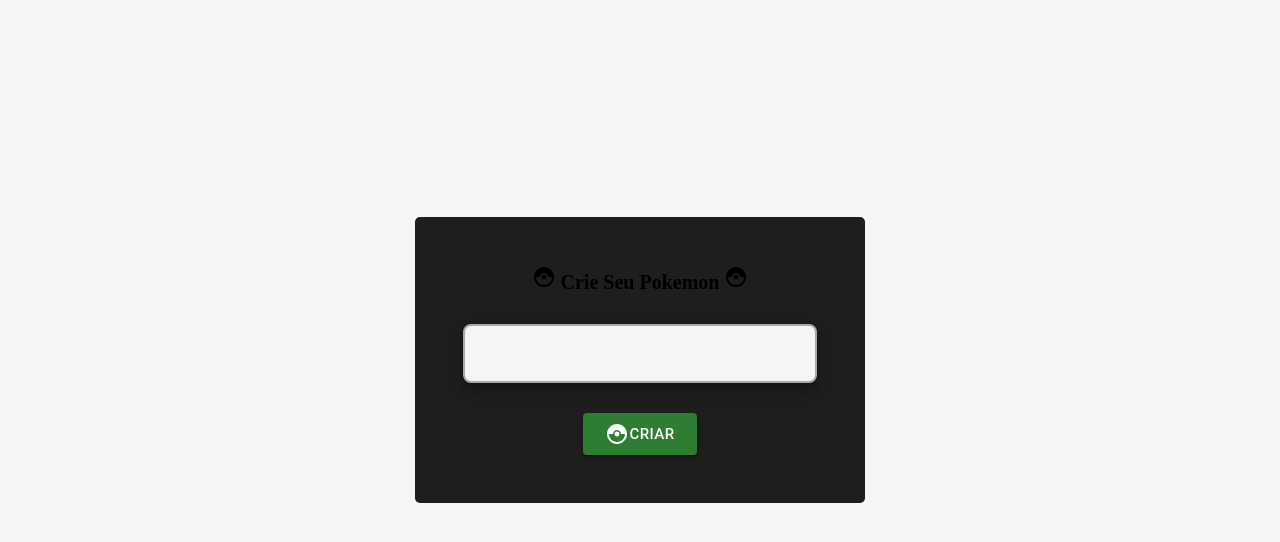
Repository: MilenaMartini/pokedex_react_js
Page: /pokedex/new
An editor plug-in stored every save of this project. The page is shown before and after the next save, followed by the edit.
The browser window is 1280 px wide. The pictures show the whole page.
The page's requests for data from a server got no answer. The project was rebuilt for these pictures with package versions that can differ from the ones it lists, and the page was loaded fresh each time. No one was signed in, and anything a server would have sent is missing. Also part of the build but not shown: src/pages/Login/Styles_Login.js, src/Components/Navbar/Navbar.jsx, src/Components/PokemonCard/Pk_Card.jsx, src/Components/Skeletons/Skeletons.jsx, src/pages/Pg_Pokedex/Pg_Poke.js, src/styles/styles.css, src/Components/Button/Styles_Btn_Login.js, src/Components/Button/Btn_Login.js and 1 more.

Above is the page before, as saved 2023-02-04 11:38:50.

After the next save:
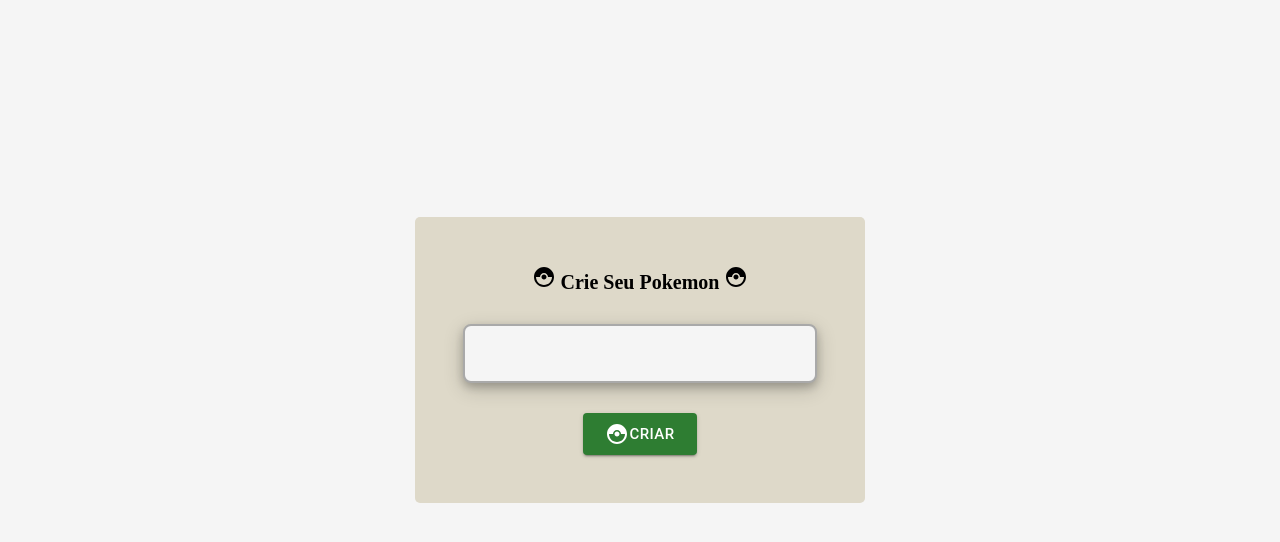
Saved 114 s later.
--- a/src/pages/edit_pk/Novo_PkStyles.js
+++ b/src/pages/edit_pk/Novo_PkStyles.js
@@ -15,7 +15,7 @@
   flex-direction: column;
   align-items: center;
   justify-content: center;
-  background-color: #201d1d;
+  background-color: #ded9c9;
   border-radius: 5px;
   width: 100%;
   max-width: 450px;
